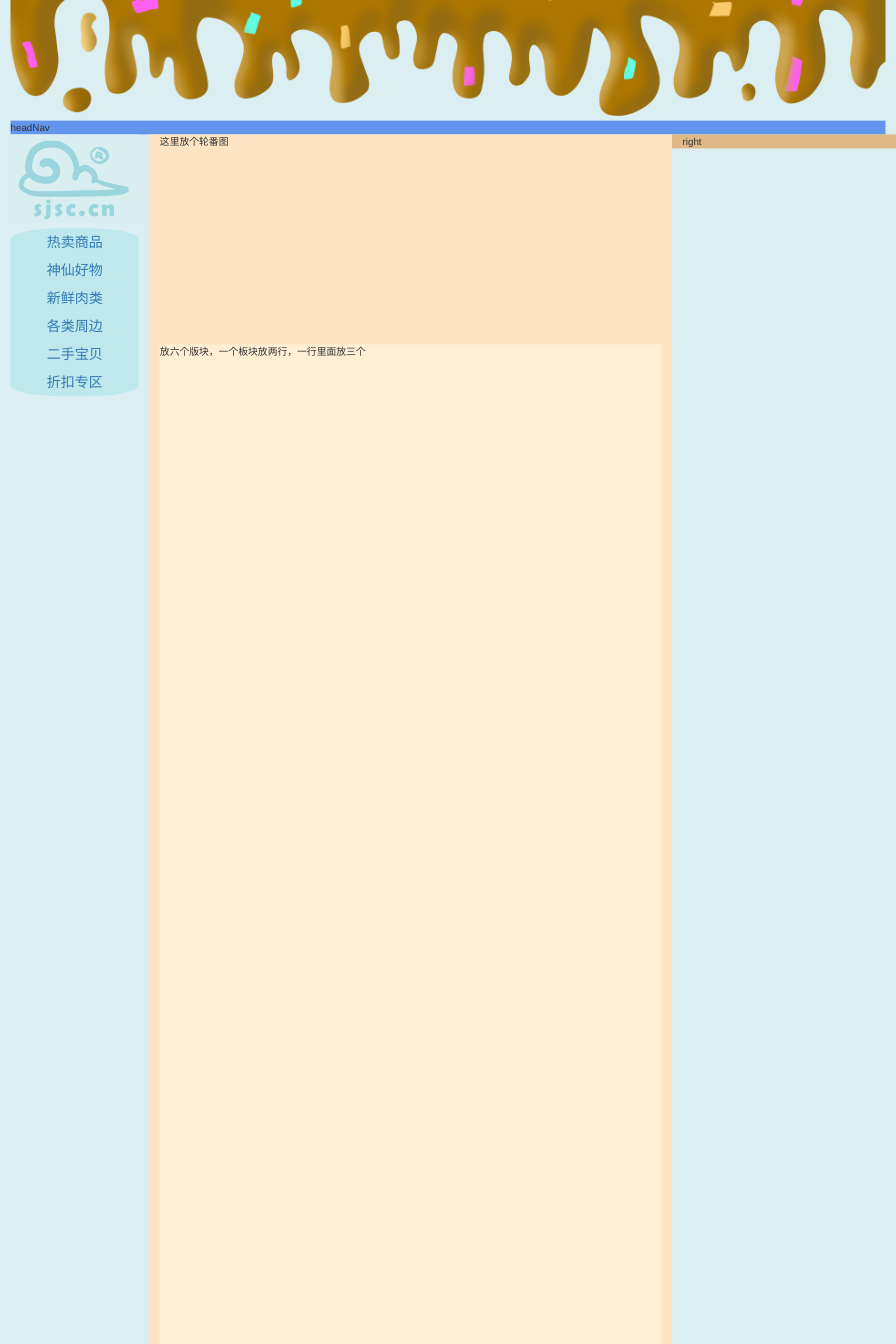
Repository: 15378517762/zxy
Page: html/index.html
These files come from the project's save history. The page is drawn as it stood at one moment and after the next save; the edit follows.
The browser window is 1280 px wide. The pictures show the part of the page from y = 0 to 1920 px (the page is 3392 px tall), at 70% of full size.

Above is the page before, as saved 2021-05-28 21:23:38.

### html/index.html
<!DOCTYPE html>
<html lang="en">
<head>
	<meta charset="UTF-8">
	<meta name="viewport" content="width=device-width, initial-scale=1.0">
	<title>Document</title>

	<!--[if lt IE 9]>
      <script src="https://cdn.jsdelivr.net/npm/html5shiv@3.7.3/dist/html5shiv.min.js"></script>
      <script src="https://cdn.jsdelivr.net/npm/respond.js@1.4.2/dest/respond.min.js"></script>
    <![endif]-->

	<link rel="stylesheet" href="../bootstrap/css/bootstrap.min.css">
	<script src="../js/jquery-3.6.0.min.js"></script>
	<link rel="stylesheet" href="../css/index.css">
	<link rel="icon" href="../img/logo.jpg">
</head>
<body>
	<div class="container">
		<img src="../img/headpic.png" class="headpic" alt="">

		<div class="headNav">headNav</div>
		<div class="row">
			<header class="col-md-2">
				<div class="logo">
					<img src="../img/logo2.jpg" alt="">
				</div>
				<div class="sideNav">
					<ul>
						<li><a href="">热卖商品</a></li>
						<li><a href="">神仙好物</a></li>
						<li><a href="">新鲜肉类</a></li>
						<li><a href="">各类周边</a></li>
						<li><a href="">二手宝贝</a></li>
						<li><a href="">折扣专区</a></li>
					</ul>
				</div>
			</header>

			<article class="col-md-7">
				<div class="lunfan">这里放个轮番图</div>
				<div class="commodity">放六个版块，一个板块放两行，一行里面放三个</div>
			</article>

			<aside class="col-md-3">right</aside>
		</div>

		<div class="footer">放个底图</div>
	</div>


</body>
</html>

### css/index.css
@media screen and (min-width: 1280px) {
    .container {
        width: 1280px;
    }
}

body {
    background-color: #dbeff2;
}

.headNav {
    background-color: cornflowerblue;
}

.sideNav ul {
    padding-left: 0;
}

.sideNav li{
    height: 40px;
    list-style-type: none;
    background-color: rgb(190, 232, 235);
    text-align: center;
}

.sideNav li:hover {
    cursor: pointer;
}

.sideNav ul :nth-child(1):hover {
    background-color: rgb(103, 151, 255);
}

.sideNav ul :nth-child(2):hover {
    background-color: rgb(121, 163, 255);
}

.sideNav ul :nth-child(3):hover {
    background-color: rgb(151, 184, 255);
}

.sideNav ul :nth-child(4):hover {
    background-color: rgb(181, 204, 255);
}

.sideNav ul :nth-child(5):hover {
    background-color: rgb(199, 216, 252);
}

.sideNav ul :nth-child(6):hover {
    background-color: rgb(214, 227, 255);
}
.sideNav li a {
    font-size: 20px;
    line-height: 40px;
    text-align: center;
    text-decoration: none;
}

.sideNav ul :nth-child(1) {
    margin-top: 10px;
    border-radius: 40% 40% 0 0;
}

.sideNav ul :nth-last-child(1) {
    border-radius: 0 0 40% 40%;
}

.headpic {
    width: 100%;
}

.logo img {
    width: 100%;
}

article {
    background-color: bisque;
}

.lunfan {
    height: 300px;
}

.commodity {
    height: 2800px;
    background-color: papayawhip;
}

aside {
    background-color: burlywood;
}

.footer {
    height: 100px;
    background-color: peachpuff;
}

Loaded but not shown: bootstrap/css/bootstrap.min.css (library); js/jquery-3.6.0.min.js (library)

After the next save:
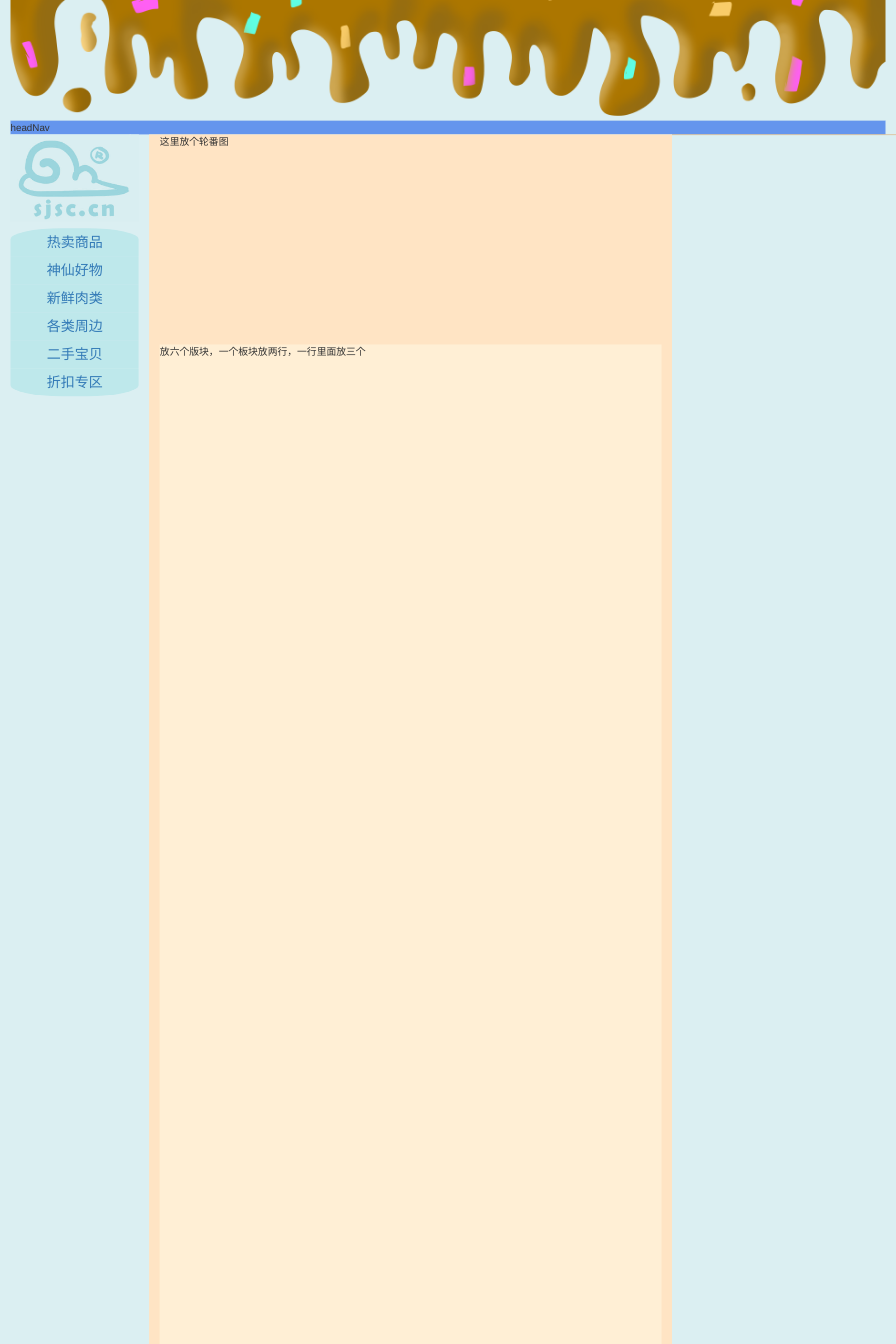
Saved 88 s later.
--- a/html/index.html
+++ b/html/index.html
@@ -42,7 +42,10 @@
 				<div class="commodity">放六个版块，一个板块放两行，一行里面放三个</div>
 			</article>
 
-			<aside class="col-md-3">right</aside>
+			<aside class="col-md-3">
+				<div class="ad1"></div>
+				<div class="ad2"></div>
+			</aside>
 		</div>
 
 		<div class="footer">放个底图</div>
